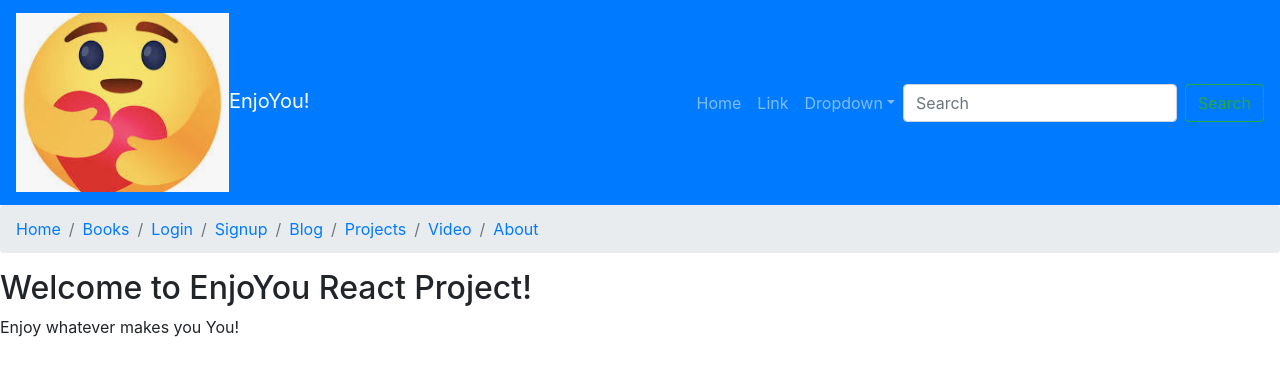
Repository: ebo-arcadia/enjoyou
Page: /
The author's editor kept a copy of each file at every save. The page is drawn from the files as they stood at one save, then again after a run of saves.
The browser window is 1280 px wide. The pictures show the whole page.
The project was rebuilt for these pictures with package versions that can differ from the ones it lists, and the page was loaded fresh each time. Also part of the build but not shown: src/components/BooksList.js, src/containers/Login.js, src/containers/signup.js, src/containers/blog.js, src/containers/Projects.js, src/containers/video.js, src/components/About.js.

Above is the page before, as saved 2021-04-20 17:27:21.

### public/index.html
<!DOCTYPE html>
<html lang="en">
  <head>
    <meta charset="utf-8" />
    <link rel="icon" href="%PUBLIC_URL%/favicon.ico" />
    <meta name="viewport" content="width=device-width, initial-scale=1" />
    <meta name="theme-color" content="#000000" />
    <meta
      name="description"
      content="Web site created using create-react-app"
    />
    <link rel="apple-touch-icon" href="%PUBLIC_URL%/logo192.png" />
    <!--
      manifest.json provides metadata used when your web app is installed on a
      user's mobile device or desktop. See https://developers.google.com/web/fundamentals/web-app-manifest/
    -->
    <link rel="manifest" href="%PUBLIC_URL%/manifest.json" />
    <link rel="stylesheet" href="https://cdn.jsdelivr.net/npm/bootstrap@4.6.0/dist/css/bootstrap.min.css" integrity="sha384-B0vP5xmATw1+K9KRQjQERJvTumQW0nPEzvF6L/Z6nronJ3oUOFUFpCjEUQouq2+l" crossorigin="anonymous" />

    <!--
      Notice the use of %PUBLIC_URL% in the tags above.
      It will be replaced with the URL of the `public` folder during the build.
      Only files inside the `public` folder can be referenced from the HTML.

      Unlike "/favicon.ico" or "favicon.ico", "%PUBLIC_URL%/favicon.ico" will
      work correctly both with client-side routing and a non-root public URL.
      Learn how to configure a non-root public URL by running `npm run build`.
    -->
    <title>React App</title>
  </head>
  <body>
    <noscript>You need to enable JavaScript to run this app.</noscript>
    <div id="root"></div>
    <!--
      This HTML file is a template.
      If you open it directly in the browser, you will see an empty page.

      You can add webfonts, meta tags, or analytics to this file.
      The build step will place the bundled scripts into the <body> tag.

      To begin the development, run `npm start` or `yarn start`.
      To create a production bundle, use `npm run build` or `yarn build`.
    -->
  </body>
</html>

### src/containers/App.js
import React from "react";
import 'bootstrap/dist/css/bootstrap.min.css';
import { BrowserRouter as Router, Switch, Route, Link } from "react-router-dom";
import Home from '../components/Home';
import BooksList from '../components/BooksList';
import Login from '../containers/Login';
import Signup from '../containers/Signup';
import Blog from '../containers/Blog';
import Projects from '../containers/Projects';
import Video from '../containers/Video';
import About from '../components/About'
import { Breadcrumb } from 'react-bootstrap';
import NavigationBar from '../components/NavigationBar';

export default function App() {
  return (
    <React.Fragment>
      <Router>
        <div>
          <NavigationBar />
          <nav>
            <Breadcrumb>
              <Breadcrumb.Item><Link to="/">Home</Link></Breadcrumb.Item>
              <Breadcrumb.Item><Link to="/books">Books</Link></Breadcrumb.Item>
              <Breadcrumb.Item><Link to="/login">Login</Link></Breadcrumb.Item>
              <Breadcrumb.Item><Link to="/signup">Signup</Link></Breadcrumb.Item>
              <Breadcrumb.Item><Link to="/blog">Blog</Link></Breadcrumb.Item>
              <Breadcrumb.Item><Link to="/projects">Projects</Link></Breadcrumb.Item>
              <Breadcrumb.Item><Link to="/video">Video</Link></Breadcrumb.Item>
              <Breadcrumb.Item><Link to="/about">About</Link></Breadcrumb.Item>
            </Breadcrumb>
          </nav>

          {/* A <Switch> looks through its children <Route>s and
              renders the first one that matches the current URL. */}
          <Switch>
            <Route path="/home"><Home /></Route>
            <Route path="/books"><BooksList /></Route>
            <Route path="/login"><Login /></Route>
            <Route path="/signup"><Signup /></Route>
            <Route path="/blog"><Blog /></Route>
            <Route path="/projects"><Projects /></Route>
            <Route path="/video"><Video /></Route>
            <Route path="/about"><About /></Route>
            <Route exact path="/"><Home /></Route>
          </Switch>
        </div>
      </Router>
    </React.Fragment>
  );
}

// function Home()        { return <h2>Home</h2> }
// function About()       { return <h2>About</h2> }
// function Users()       { return <h2>Users</h2> }
// function Books()       { return <h2>Books</h2> }
// function Bestseller()  { return <h2>Best Seller</h2> }
// function Notes()       { return <h2>Notes</h2> }

### src/components/Home.js
import React from 'react';

const Home = () => {
    return (
        <div>
            <h2>Welcome to EnjoYou React Project!</h2>
            <p>Enjoy whatever makes you You!</p>
        </div>
    );
}

export default Home;

### src/components/NavigationBar.js
import React from 'react';
import { Navbar, Nav, NavDropdown, Form, FormControl, Button } from 'react-bootstrap';
import Logo from '../assets/logo.png';

const NavigationBar = () => {
    return (
        <Navbar bg="primary" expand="lg" variant="dark">
        <Navbar.Brand href="#home"><img src={Logo} rounded className="logo" alt="logo"/>EnjoYou!</Navbar.Brand>
        <Navbar.Toggle aria-controls="basic-navbar-nav" />
        <Navbar.Collapse id="basic-navbar-nav">
          <Nav className="ml-auto">
            <Nav.Link href="#home">Home</Nav.Link>
            <Nav.Link href="#link">Link</Nav.Link>
            <NavDropdown title="Dropdown" id="basic-nav-dropdown">
              <NavDropdown.Item href="#action/3.1">Action</NavDropdown.Item>
              <NavDropdown.Item href="#action/3.2">Another action</NavDropdown.Item>
              <NavDropdown.Item href="#action/3.3">Something</NavDropdown.Item>
              <NavDropdown.Divider />
              <NavDropdown.Item href="#action/3.4">Separated link</NavDropdown.Item>
            </NavDropdown>
          </Nav>
          <Form inline>
            <FormControl type="text" placeholder="Search" className="mr-sm-2" />
            <Button variant="outline-success">Search</Button>
          </Form>
        </Navbar.Collapse>
      </Navbar>
    )
}

export default NavigationBar;

Loaded but not shown: src/index.js (common file); src/index.css (common file); src/reportWebVitals.js (common file)

After the next 2 saves:
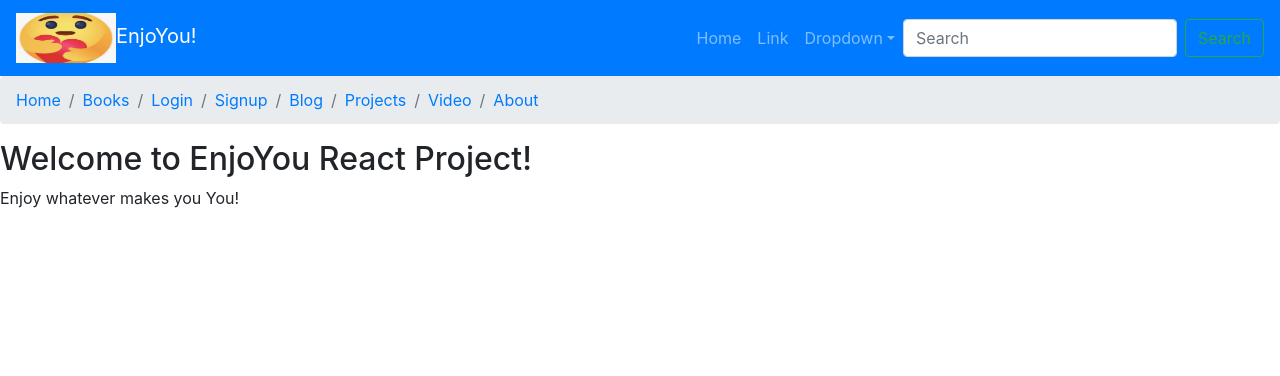
The 2 saves are shown as one change because 1 did not build or start.
The last was saved 2 min 15 s later.
--- a/src/components/NavigationBar.js
+++ b/src/components/NavigationBar.js
@@ -5,7 +5,7 @@ import Logo from '../assets/logo.png';
 const NavigationBar = () => {
     return (
         <Navbar bg="primary" expand="lg" variant="dark">
-        <Navbar.Brand href="#home"><img src={Logo} rounded className="logo" alt="logo"/>EnjoYou!</Navbar.Brand>
+        <Navbar.Brand href="#home"><img src={Logo} style={{width: 100, height: 50}} rounded className="logo" alt="logo"/>EnjoYou!</Navbar.Brand>
         <Navbar.Toggle aria-controls="basic-navbar-nav" />
         <Navbar.Collapse id="basic-navbar-nav">
           <Nav className="ml-auto">
